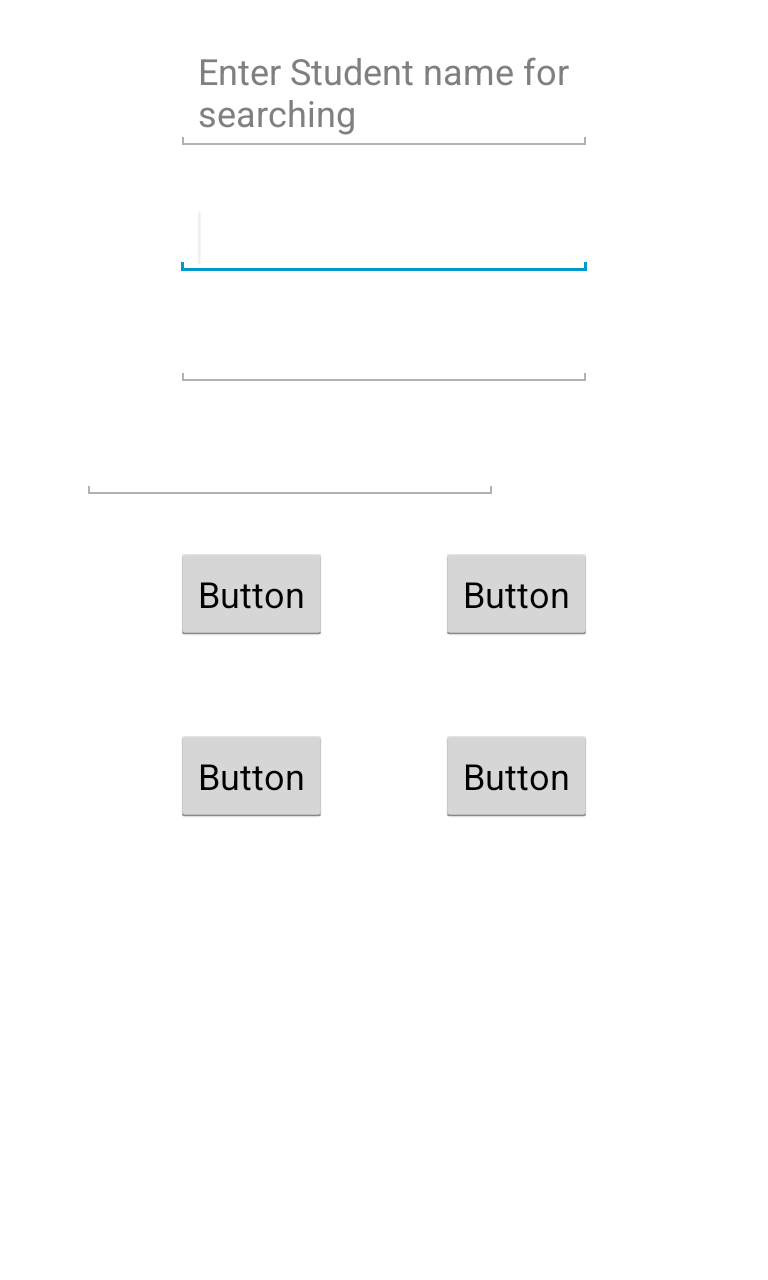
Repository: amittttt/Android-HP
Layout: Sqllite/res/layout/activity_main.xml
An editor plug-in stored every save of this project. The layout is shown before and after the next save, followed by the edit.
It is drawn on a 768 x 1280 px phone screen (xhdpi) without system bars, with theme AppTheme; the app's code is not run.

Above is the layout before, as saved 2016-05-13 05:25:28.

### Sqllite/res/layout/activity_main.xml
<RelativeLayout xmlns:android="http://schemas.android.com/apk/res/android"
    xmlns:tools="http://schemas.android.com/tools"
    android:layout_width="match_parent"
    android:layout_height="match_parent"
    android:paddingBottom="@dimen/activity_vertical_margin"
    android:paddingLeft="@dimen/activity_horizontal_margin"
    android:paddingRight="@dimen/activity_horizontal_margin"
    android:paddingTop="@dimen/activity_vertical_margin"
    tools:context=".MainActivity" >

    <EditText
        android:id="@+id/search"
        android:layout_width="wrap_content"
        android:layout_height="wrap_content"
        android:layout_alignParentTop="true"
        android:layout_centerHorizontal="true"
        android:ems="10"
        android:hint="Enter Student name for searching"
        />

    <EditText
        android:id="@+id/fname"
        android:layout_width="wrap_content"
        android:layout_height="wrap_content"
        android:layout_below="@+id/search"
        android:layout_centerHorizontal="true"
        android:layout_marginTop="23dp"
        android:ems="10" >

        <requestFocus />
    </EditText>

    <EditText
        android:id="@+id/lname"
        android:layout_width="wrap_content"
        android:layout_height="wrap_content"
        android:layout_alignLeft="@+id/fname"
        android:layout_below="@+id/fname"
        android:layout_marginTop="16dp"
        android:ems="10" />

    <EditText
        android:id="@+id/add"
        android:layout_width="wrap_content"
        android:layout_height="wrap_content"
        android:layout_alignParentLeft="true"
        android:layout_below="@+id/lname"
        android:layout_marginLeft="24dp"
        android:layout_marginTop="17dp"
        android:ems="10"
        android:inputType="phone" />

    <Button
        android:id="@+id/insert"
        android:layout_width="wrap_content"
        android:layout_height="wrap_content"
        android:layout_alignLeft="@+id/lname"
        android:layout_below="@+id/add"
        android:layout_marginTop="22dp"
        android:text="Button" />

    <Button
        android:id="@+id/update"
        android:layout_width="wrap_content"
        android:layout_height="wrap_content"
        android:layout_alignBaseline="@+id/insert"
        android:layout_alignBottom="@+id/insert"
        android:layout_alignRight="@+id/lname"
        android:text="Button" />

    <Button
        android:id="@+id/delete"
        android:layout_width="wrap_content"
        android:layout_height="wrap_content"
        android:layout_alignLeft="@+id/insert"
        android:layout_below="@+id/insert"
        android:layout_marginTop="43dp"
        android:text="Button" />

    <Button
        android:id="@+id/show"
        android:layout_width="wrap_content"
        android:layout_height="wrap_content"
        android:layout_alignBaseline="@+id/delete"
        android:layout_alignBottom="@+id/delete"
        android:layout_alignLeft="@+id/update"
        android:text="Button" />

</RelativeLayout>

Loaded but not shown: Sqllite/res/values/styles.xml (common file); Sqllite/res/values-v11/styles.xml (common file); Sqllite/res/values-v14/styles.xml (common file); Sqllite/res/values/dimens.xml (common file)

After the next save:
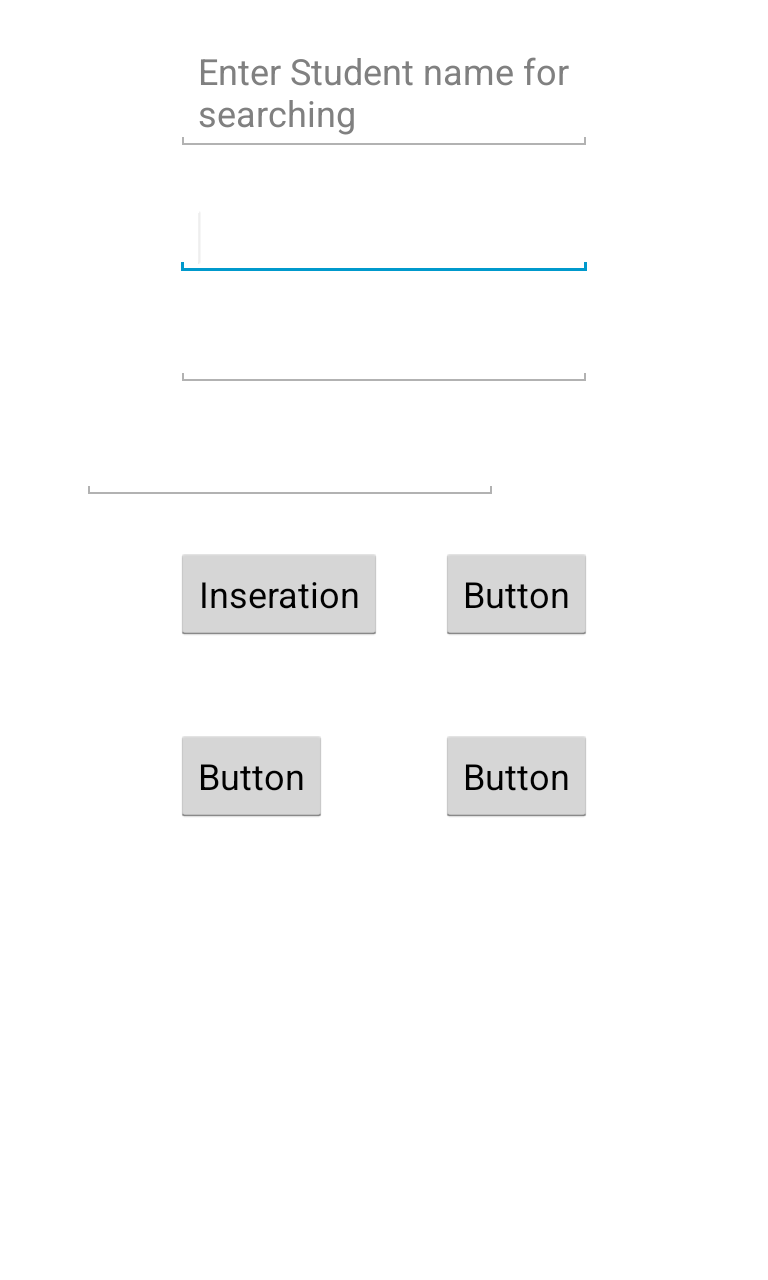
Saved 7 s later.
--- a/Sqllite/res/layout/activity_main.xml
+++ b/Sqllite/res/layout/activity_main.xml
@@ -57,7 +57,8 @@
         android:layout_alignLeft="@+id/lname"
         android:layout_below="@+id/add"
         android:layout_marginTop="22dp"
-        android:text="Button" />
+        android:text="Inseration"
+        android:onClick="insertdata" />
 
     <Button
         android:id="@+id/update"
